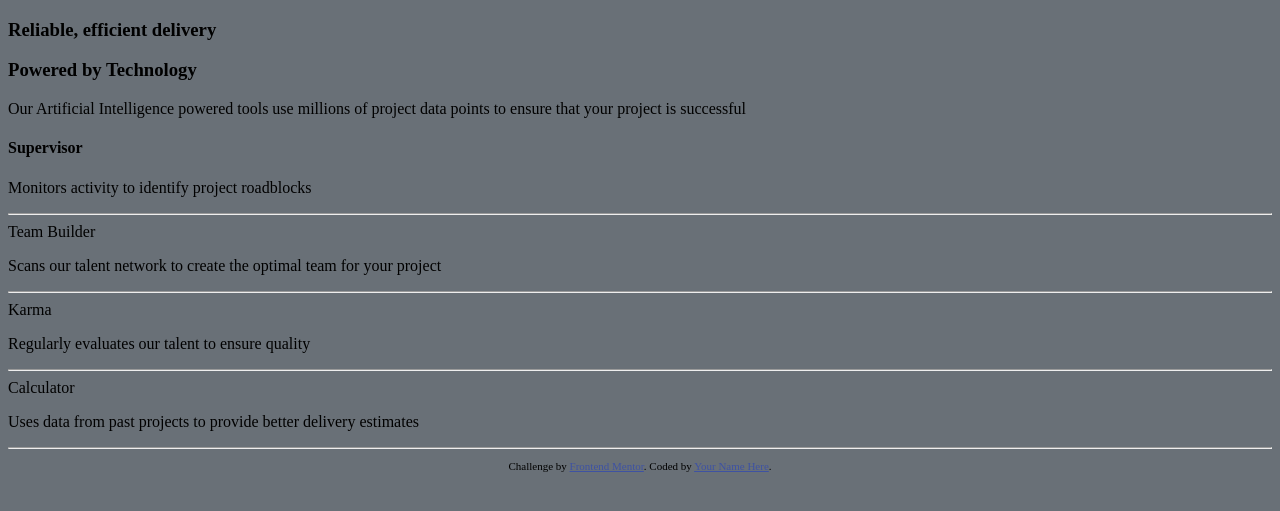
Repository: AngelaMwelu/four-card-page
Page: index.html
The author's editor kept a copy of each file at every save. The page is drawn from the files as they stood at one save, then again after the next save.
The browser window is 1280 px wide. The pictures show the whole page.

Above is the page before, as saved 2025-05-15 14:56:10.

After the next save:
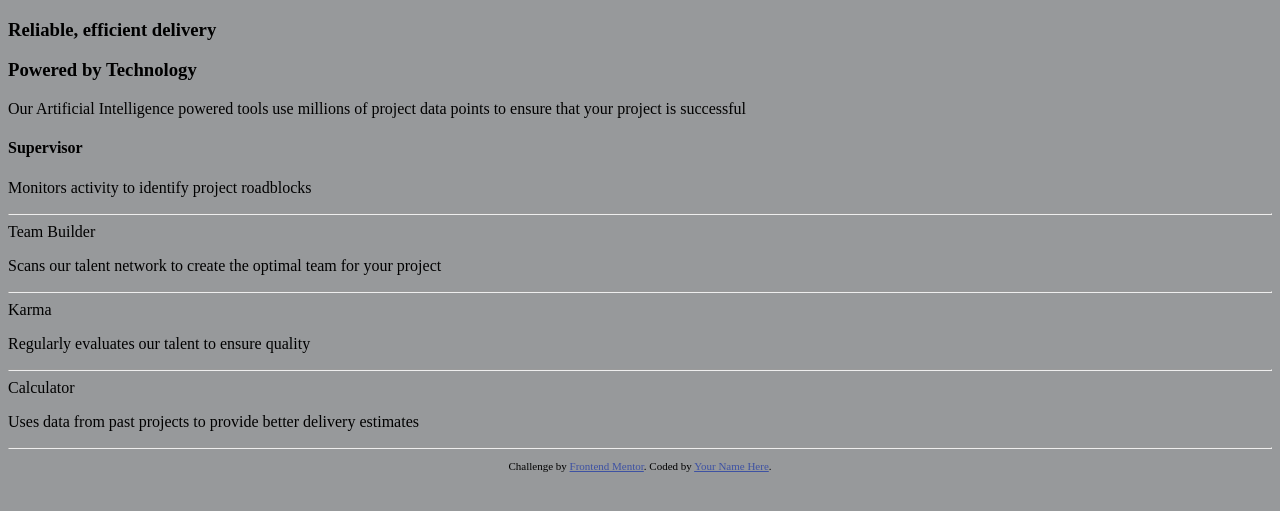
Saved 53 s later.
--- a/style.css
+++ b/style.css
@@ -1,3 +1,3 @@
 body{
-    background: hsl(212, 6%, 44%)
+    background: hsl(204, 2%, 60%)
 }
